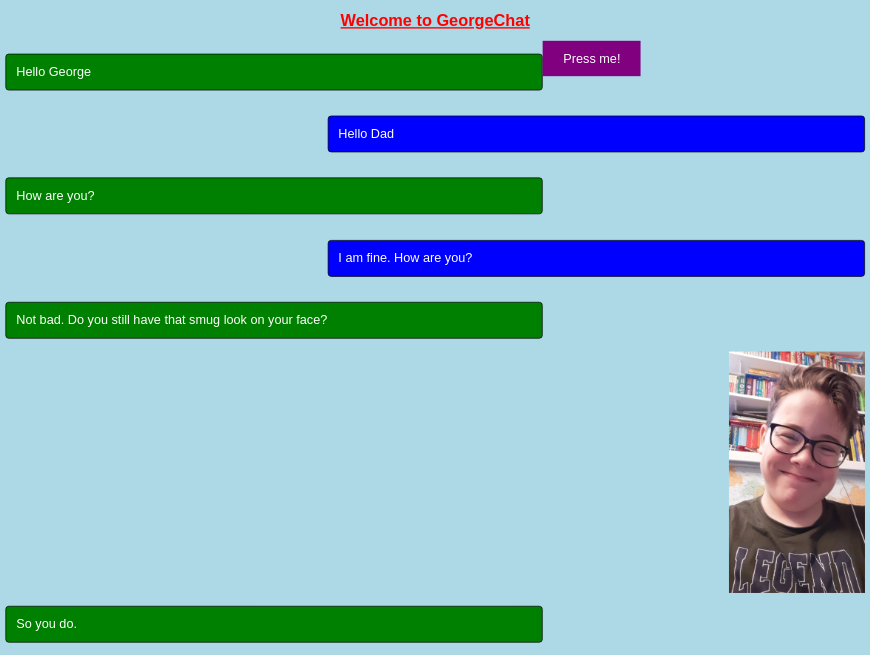
Repository: georgefyles/playground
Page: playground/src/resources/html/test.html
The author's editor kept a record of every edit. The page is drawn from the files as they stood at one moment, then again after the next edit.
The browser window is 1280 px wide. The pictures show the whole page, at 68% of full size.

Above is the page before.

After the next edit:
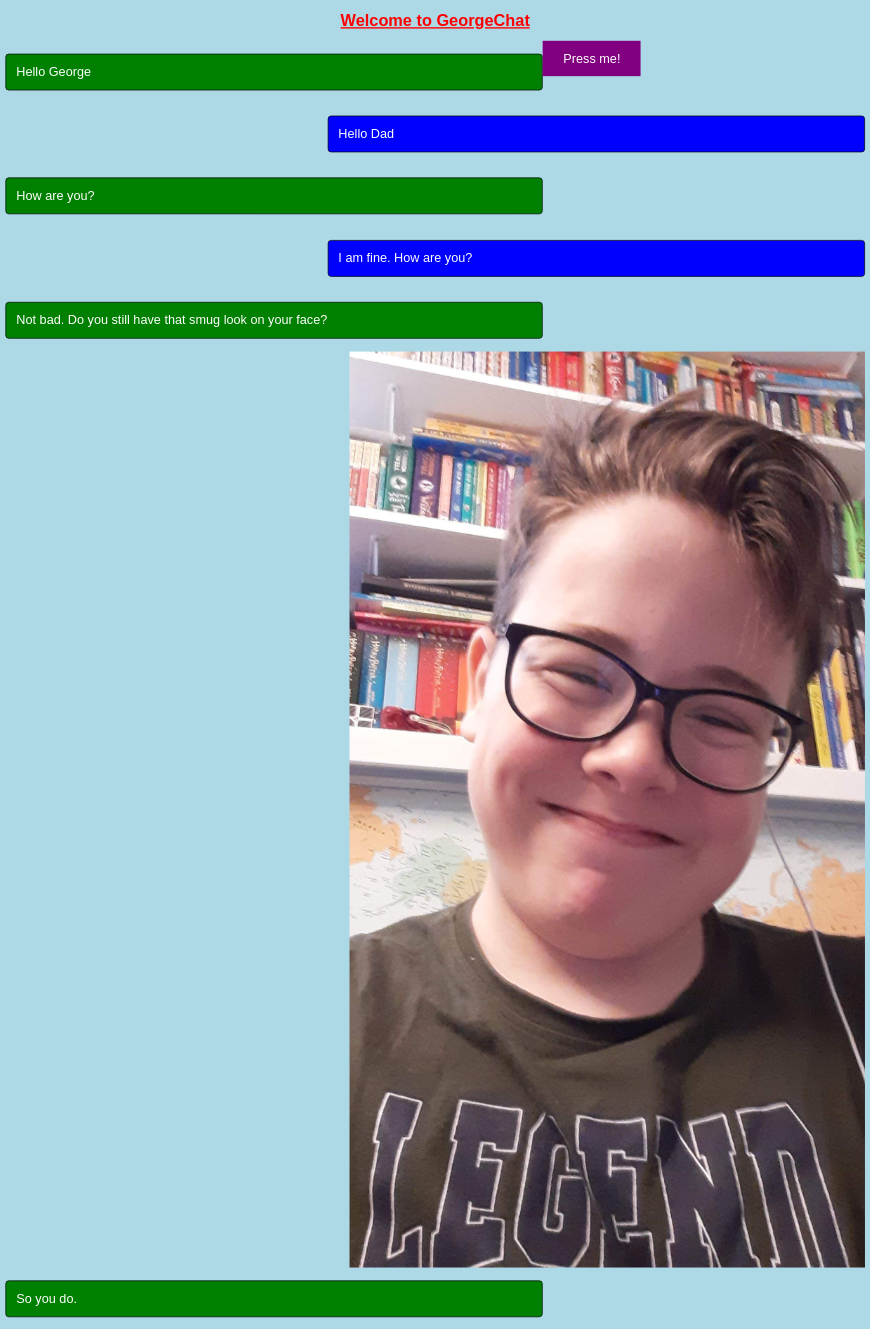
The edit:
--- a/playground/src/resources/html/test.css
+++ b/playground/src/resources/html/test.css
@@ -41,5 +41,5 @@
 }
 
 img.chat-image {
-    width: 200px;
+    width: 60%;
 }
